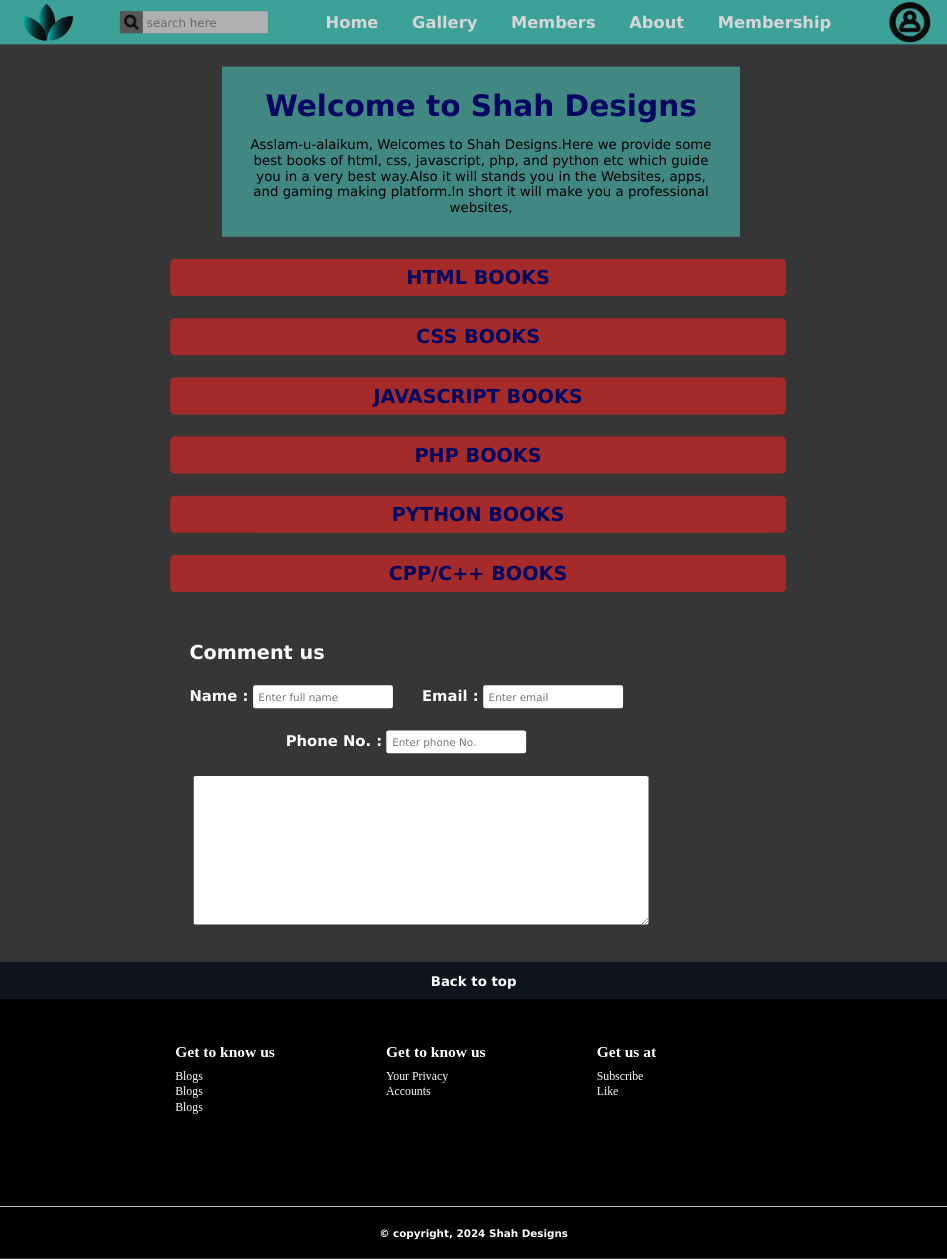
Repository: RawahaMR11/my_assignments
Page: rawaha computer/Shah Designs web/Shah home page.html
These files come from the project's save history. The page is drawn as it stood at one moment and after the next save; the edit follows.
The browser window is 1280 px wide. The pictures show the whole page, at 74% of full size.

Above is the page before, as saved 2024-12-13 16:03:18.

### rawaha computer/Shah Designs web/Shah home page.html
<!DOCTYPE html>
<html lang="en">
<head>
      <meta charset="UTF-8">
      <meta name="viewport" content="width=device-width, initial-scale=1.0">
      <title>Shah Designs</title>
      <link rel="stylesheet" href="Shah home page.css">
</head>
<body>
<div class="my-display">
      <header>
            <div class="logo">
                  <img src="logo.png" alt="Shah Designs logo">
            </div><!--end logo-->
            <div class="search">
                  <img src="search.png" alt="Search-icon">
                  <input type="text" placeholder="search here">
            </div><!--end search-->
            <div class="home">
                  <a href="Shah home page.html">Home</a>
            </div><!--end home-->
            <div class="gallery">
                  <a href="#">Gallery</a>
            </div><!--end gallery-->
            <div class="members">
                  <a href="#">Members</a>
            </div><!--end members -->
            <div class="about">
                  <a href="#">About</a>
            </div><!--end about-->
            <div class="membership">
                  <a href="#">Membership</a>
            </div>
            <div class="login">
                  <img src="sign in.png" alt="Login">
            </div><!--end login-->
      </header>


      <div class="wrapper">
            <div id="welcome">
                  <h1>Welcome to Shah Designs</h1><br>
                  <p>Asslam-u-alaikum, Welcomes to Shah Designs.Here we provide some best books of html, css, javascript, php, and python etc which guide you in a very best way.Also it will stands you in the Websites, apps, and gaming making platform.In short it will make you a professional websites, </p>
            </div><!--end welcome-->
      </div><!--end wrapper-->


      <div class="html-books">
            <p>HTML BOOKS</p>
      </div>
      <div class="css-books">
            <p>CSS BOOKS</p>
      </div>
      <div class="javascript-books">
            <p>JAVASCRIPT BOOKS</p>
      </div>
      <div class="php-books">
            <p>PHP BOOKS</p>
      </div>
      <div class="python-books">
            <p>PYTHON BOOKS</p>
      </div>
      <div class="Cpp-books">
            <p>CPP/C++ BOOKS</p>
      </div>



      <div class="datail">

      </div>



      <div class="comment">
            <h2>Comment us</h2>
            <label for="name">Name :</label><input type="text" placeholder="Enter full name">
            <label for="name" id="email-label">Email :</label><input type="email" placeholder="Enter email">
            <label for="name" id="phone-label">Phone No. :</label><input type="text" placeholder="Enter phone No.">
            <textarea name="comment" id="comment"></textarea>
      </div>


      <div class="bach-to-top">
            <button>Back to top</button>
      </div>



      <footer>
            <div class="foot-panel1">
                  <div id="panel1">
                        <h2>Get to know us</h2>
                        <p>Blogs</p>
                        <p>Blogs</p>
                        <p>Blogs</p>
                  </div>
                  <div id="panel2">
                        <h2>Get to know us</h2>
                        <p>Your Privacy</p>
                        <p>Accounts</p>
                  </div>
                  <div id="panel3">
                        <h2>Get us at</h2>
                        <p>Subscribe</p>
                        <p>Like</p>
                        <div class="relation">
                              <div id="insta">

                              </div>
                              <div id="facebook">

                              </div>
                              <div id="tiktok">

                              </div>
                              <div id="twitter">
                              </div>
                        </div>
                  </div>
            </div>

            <div class="foot-panel2">
                  &COPY; copyright, 2024 Shah Designs
            </div>
      </footer>
</div>
</body>
</html>

### rawaha computer/Shah Designs web/Shah home page.css
* {
      margin: 0;
      padding: 0;
}
body {
      display: block;
      font-size: 14px;
      background-color: rgb(54, 54, 54);
}
     /* Style the scrollbar */
::-webkit-scrollbar {
      width: 12px; /* Set the width of the scrollbar */
}

    /* Style the scrollbar track (background) */
::-webkit-scrollbar-track {
      background: #000000; /* Light grey track */
      transition: 1s ease;
}

    /* Style the scrollbar thumb (the draggable part) */
::-webkit-scrollbar-thumb {
      background: #888; /* Grey thumb */
      transition: background 1s ease;
}

    /* Change the thumb color when hovered */
::-webkit-scrollbar-thumb:hover {
      background: #555; /* Darker grey when hovered */
}

    /* Optional: Style the scrollbar corner */
::-webkit-scrollbar-corner {
      background: #f1f1f1;
}
.my-display {
      width: 80%;
      margin: 0 auto;
      height: 100%;
      width: 100%;
}
/* css for opening my page on tablets (screens with width <=768px) */
@media screen and (max-width: 768px) {
      body {
            font-size: 16px;
      }
      .my-display {
            width: 100%;
      }
}
/* css for opening my page on laptops,pcs etc (screens with width <=1080px) */
@media screen and (max-width: 1080px) {
      body {
            font-size: 14px;
      }
      .my-display {
            width: 100%;
      }
}
/* css for opening my page on phones (screens with width <=480px) */
@media screen and (max-width: 480px) {
      body {
            font-size: 10px;
      }
      .my-display {
            width: 100%;
      }
}
header {
      width: 100%;
      height: 60px;
      display: flex;
      align-items: center;
      background-color: rgb(62, 188, 176);
      opacity: 80%;
      gap: 31.5px;
}
.logo {
      height: 83%;
      width: 70px;
      margin: 0 30px 0;
}
.logo img {
      height: 100%;
      width: 100%;
}
.search {
      width: 200px;
      height: 30px;
      background-color: rgb(95, 95, 95);
      display: flex;
      align-items: center;
      justify-content: space-evenly;
}
.search img {
      width: 10%;
      height: 65%;
      padding: 6px;
}
.search input {
      width: 90%;
      padding: 5.34px;
      border: none;
      outline: none;
      background-color: rgb(207, 207, 207);
      font-family: Verdana, Geneva, Tahoma, sans-serif;
      font-size: 16px;
}
.home {
      font-family: Verdana, Geneva, Tahoma, sans-serif;
      font-size: 22px;
      margin-left: 40px;
      padding: 7px;
}
.home:hover {
      background-color: rgb(161, 161, 161);
}
.home a {
      text-decoration: none;
      font-weight: 700;
      color: white;
}
.gallery {
      font-family: Verdana, Geneva, Tahoma, sans-serif;
      font-size: 22px;
      padding: 7px;
}
.gallery:hover {
      background-color: rgb(161, 161, 161);
}
.gallery a {
      text-decoration: none;
      font-weight: 700;
      color: white;
}
.members {
      font-family: Verdana, Geneva, Tahoma, sans-serif;
      font-size: 22px;
      padding: 7px;
}
.members:hover {
      background-color: rgb(161, 161, 161);
}
.members a {
      text-decoration: none;
      font-weight: 700;
      color: white;
}
.about {
      font-family: Verdana, Geneva, Tahoma, sans-serif;
      font-size: 22px;
      padding: 7px;
}
.about:hover {
      background-color: rgb(161, 161, 161);
}
.about a {
      text-decoration: none;
      font-weight: 700;
      color: white;
}
.membership {
      font-family: Verdana, Geneva, Tahoma, sans-serif;
      font-size: 22px;
      padding: 7px;
}
.membership:hover {
      background-color: rgb(161, 161, 161);
}
.membership a {
      text-decoration: none;
      font-weight: 700;
      color: white;
}
.login {
      height: 90%;
      width: 55px;
      float: right;
      margin-left: 40px;
}
.login img {
      height: 100%;
      width: 100%;
      cursor: pointer;
}
.wrapper {
      width: 50%;
      height: auto;
      display: flex;
      align-items: center;
      justify-content: center;
      margin-top: 30px;
      background-color: rgb(64, 136, 129);
      padding: 30px;
      margin-left: 300px;
}
#welcome {
      width: 100%;
      font-family: Verdana, Geneva, Tahoma, sans-serif;
      font-size: 16px;
}
#welcome h1 {
      text-align: center;
      color: rgb(0, 6, 97);
      font-size: 40px;
}
#welcome p {
      text-align: center;
      font-size: 18px;
      font-family: Verdana, Geneva, Tahoma, sans-serif;
}
.html-books {
      height: 50px;
      width: 65%;
      background-color: brown;
      margin: 30px 230px 0;
      border-radius: 6px;
      display: flex;
      align-items: center;
      justify-content: center;
      cursor: pointer;
      color: rgb(0, 6, 97);
}
.html-books p {
      font-family: Verdana, Geneva, Tahoma, sans-serif;
      font-size: 26px;
      font-weight: 700;
}
.css-books {
      height: 50px;
      width: 65%;
      background-color: brown;
      margin: 30px 230px 0;
      border-radius: 6px;
      display: flex;
      align-items: center;
      justify-content: center;
      cursor: pointer;
      color: rgb(0, 6, 97);
}
.css-books p {
      font-family: Verdana, Geneva, Tahoma, sans-serif;
      font-size: 26px;
      font-weight: 700;
}
.javascript-books {
      height: 50px;
      width: 65%;
      background-color: brown;
      margin: 30px 230px 0;
      border-radius: 6px;
      display: flex;
      align-items: center;
      justify-content: center;
      cursor: pointer;
      color: rgb(0, 6, 97);
}
.javascript-books p {
      font-family: Verdana, Geneva, Tahoma, sans-serif;
      font-size: 26px;
      font-weight: 700;
}
.php-books {
      height: 50px;
      width: 65%;
      background-color: brown;
      margin: 30px 230px 0;
      border-radius: 6px;
      display: flex;
      align-items: center;
      justify-content: center;
      cursor: pointer;
      color: rgb(0, 6, 97);
}
.php-books p {
      font-family: Verdana, Geneva, Tahoma, sans-serif;
      font-size: 26px;
      font-weight: 700;
}
.python-books {
      height: 50px;
      width: 65%;
      background-color: brown;
      margin: 30px 230px 0;
      border-radius: 6px;
      display: flex;
      align-items: center;
      justify-content: center;
      cursor: pointer;
      color: rgb(0, 6, 97);

}
.python-books p {
      font-family: Verdana, Geneva, Tahoma, sans-serif;
      font-size: 26px;
      font-weight: 700;
}
.Cpp-books {
      height: 50px;
      width: 65%;
      background-color: brown;
      margin: 30px 230px 0;
      border-radius: 6px;
      display: flex;
      align-items: center;
      justify-content: center;
      cursor: pointer;
      color: rgb(0, 6, 97);
}
.Cpp-books p {
      font-family: Verdana, Geneva, Tahoma, sans-serif;
      font-size: 26px;
      font-weight: 700;
}
.comment {
      width: 50%;
      margin: 50px 240px 0;
      padding: 16px;
}
.comment h2 {
      font-family: Verdana, Geneva, Tahoma, sans-serif;
      font-size: 26px;
      font-weight: 700;
      color: white;
}
.comment label {
      margin-top: 30px;
      font-family: Verdana, Geneva, Tahoma, sans-serif;
      font-size: 20px;
      font-weight: 700;
      color: white;
}
.comment input {
      margin: 30px 6px 0;
      font-family: Verdana, Geneva, Tahoma, sans-serif;
      font-size: 14px;
      padding: 7.5px;
      border: none;
      outline: none;
      border-radius: 3px;
}
#email-label {
      margin-left: 30px;
}
#phone-label {
      margin-left: 130px;
}
.comment textarea {
      width: 96%;
      height: 200px;
      margin: 30px 5px 0;
}
.bach-to-top {
      width: 100%;
      height: 50px;
      display: inline-flex;
      align-items: center;
      justify-content: center;
      margin-top: 30px;
      background-color: rgb(13, 20, 27);
}
.bach-to-top button {
      padding: 5px;
      font-family: Verdana, Geneva, Tahoma, sans-serif;
      font-size: 18px;
      font-weight: 700;
      background-color: rgb(13, 20, 27);
      border: none;
      color: white;
}
footer {
      height: 350px;
      background-color: rgb(0, 0, 0);
}
.foot-panel1 {
      height: 80%;
      display: flex;
      align-items: center;
      justify-content: center;
      gap: 150px;
      color: white;
}
#panel1 {
      height: 100%;

}
#panel1 {
      height: 100%;
}
#panel1 h2 {
      margin: 60px 0 10px;
      text-align: start;

}
#panel1 p {
      margin-bottom: 3px;
      text-align: start;
      font-size: 16px;
}
#panel2 {
      height: 100%;

}
#panel2 h2 {
      margin: 60px 0 10px;
      text-align: start;
}
#panel2 p {
      margin-bottom: 3px;
      text-align: start;
      font-size: 16px;
}
#panel3 {
      height: 100%;
}
#panel3 h2 {
      margin: 60px 0 10px;
      text-align: start;
}
#panel3 p {
      margin-bottom: 3px;
      text-align: start;
      font-size: 16px;
}
.relation {
      display: flex;
      align-items: center;
      gap: 15px;
}
#insta {
      height: 3rem;
      width: 3rem;
      background-color: rgb(0, 0, 0);
      border-radius: 3rem;
      margin-top: 10px;
      transition: 0.3s ease;
}
#insta:hover {
      transform: scale(1.1); /* Zoom in effect on hover */
      box-shadow: 0rem 0rem 1rem rgba(17, 251, 255, 0.4), 0rem 0rem 1rem rgba(17, 251, 255, 0.4);
      box-shadow: 0px 0px 1.2rem rgba(17, 251, 255, 0.4);
}
#facebook {
      height: 3rem;
      width: 3rem;
      background-color: rgb(0, 0, 0);
      margin-top: 10px;
      border-radius: 3rem;
      transition: 0.3s ease;
}
#facebook:hover {
      transform: scale(1.1); /* Zoom in effect on hover */
      box-shadow: 0rem 0rem 1rem rgba(17, 251, 255, 0.4), 0rem 0rem 1rem rgba(17, 251, 255, 0.4);
      box-shadow: 0px 0px 1.2rem rgba(17, 251, 255, 0.4);
}
#tiktok {
      height: 3rem;
      width: 3rem;
      background-color: rgb(0, 0, 0);
      margin-top: 10px;
      border-radius: 3rem;
      transition: 0.3s ease;
}
#tiktok:hover {
      transform: scale(1.1); /* Zoom in effect on hover */
      box-shadow: 0rem 0rem 1rem rgba(17, 251, 255, 0.4), 0rem 0rem 1rem rgba(17, 251, 255, 0.4);
      box-shadow: 0px 0px 1.2rem rgba(17, 251, 255, 0.4);
}
#twitter {
      height: 3rem;
      width: 3rem;
      background-color: rgb(0, 0, 0);
      margin-top: 10px;
      border-radius: 3rem;
      transition: 0.3s ease;
}
#twitter:hover {
      transform: scale(1.1); /* Zoom in effect on hover */
      box-shadow: 0rem 0rem 1rem rgba(17, 251, 255, 0.4), 0rem 0rem 1rem rgba(17, 251, 255, 0.4);
      box-shadow: 0px 0px 1.2rem rgba(17, 251, 255, 0.4);
}
.foot-panel2 {
      height: 20%;
      border-top: 1px solid white;
      color: white;
      display: flex;
      align-items: center;
      justify-content: center;
      font-family: Verdana, Geneva, Tahoma, sans-serif;
      font-size: 14px;
      font-weight: 700;
}

After the next save:
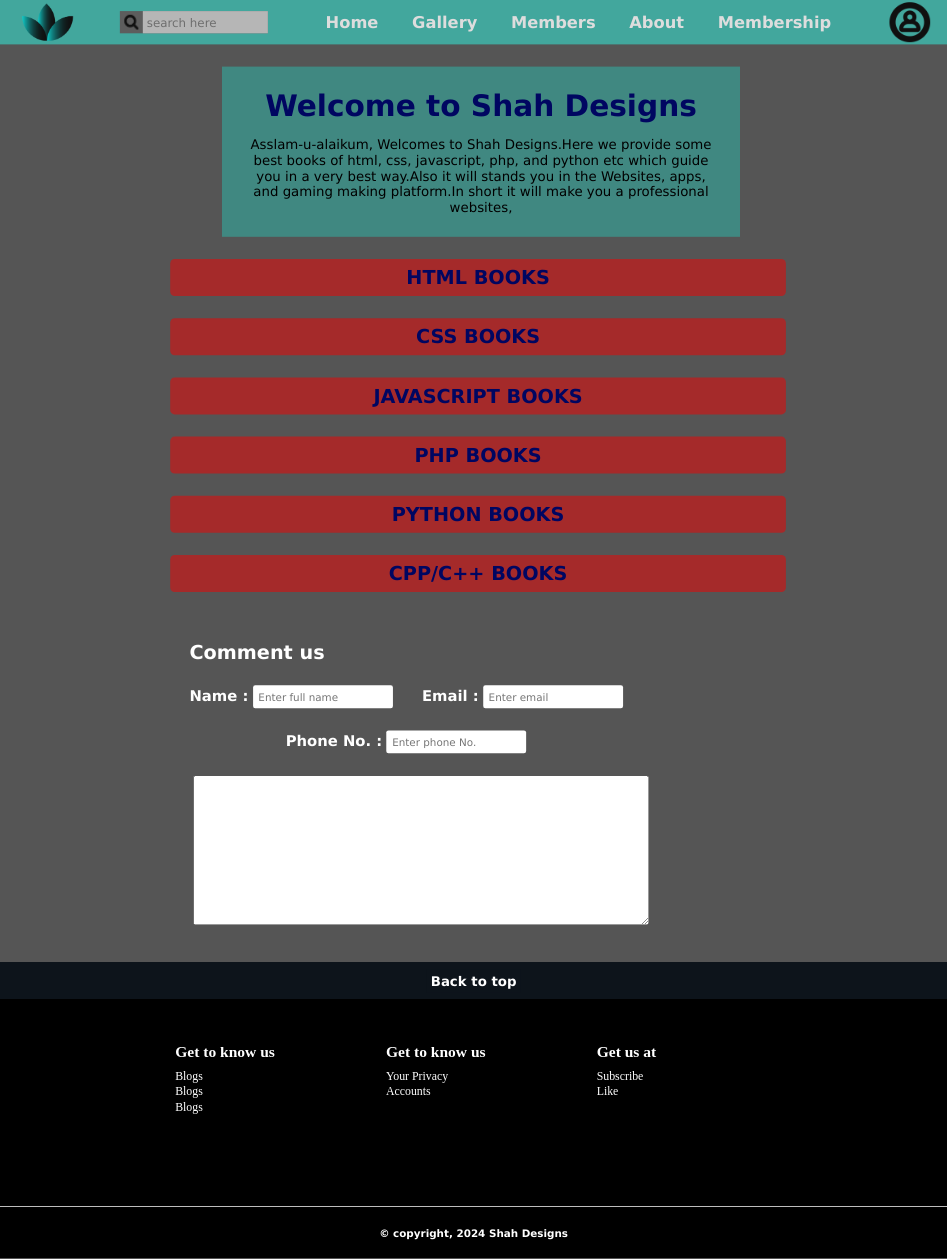
Saved 38 s later.
--- a/rawaha computer/Shah Designs web/Shah home page.css
+++ b/rawaha computer/Shah Designs web/Shah home page.css
@@ -5,7 +5,7 @@
 body {
       display: block;
       font-size: 14px;
-      background-color: rgb(54, 54, 54);
+      background-color: #555;
 }
      /* Style the scrollbar */
 ::-webkit-scrollbar {

After the save that followed:
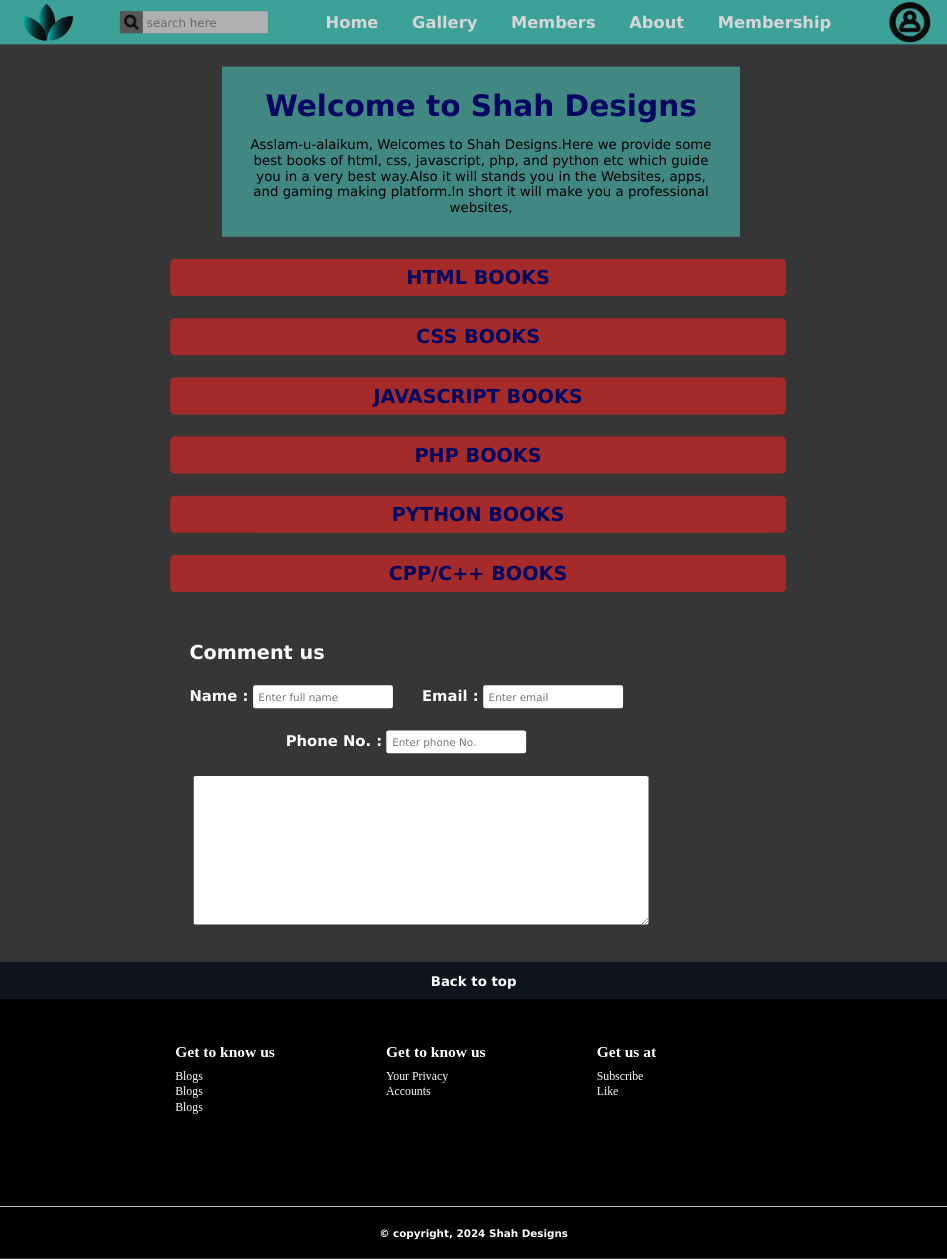
Saved 11 s later.
--- a/rawaha computer/Shah Designs web/Shah home page.css
+++ b/rawaha computer/Shah Designs web/Shah home page.css
@@ -5,7 +5,7 @@
 body {
       display: block;
       font-size: 14px;
-      background-color: #555;
+      background-color: rgb(54, 54, 54);
 }
      /* Style the scrollbar */
 ::-webkit-scrollbar {
